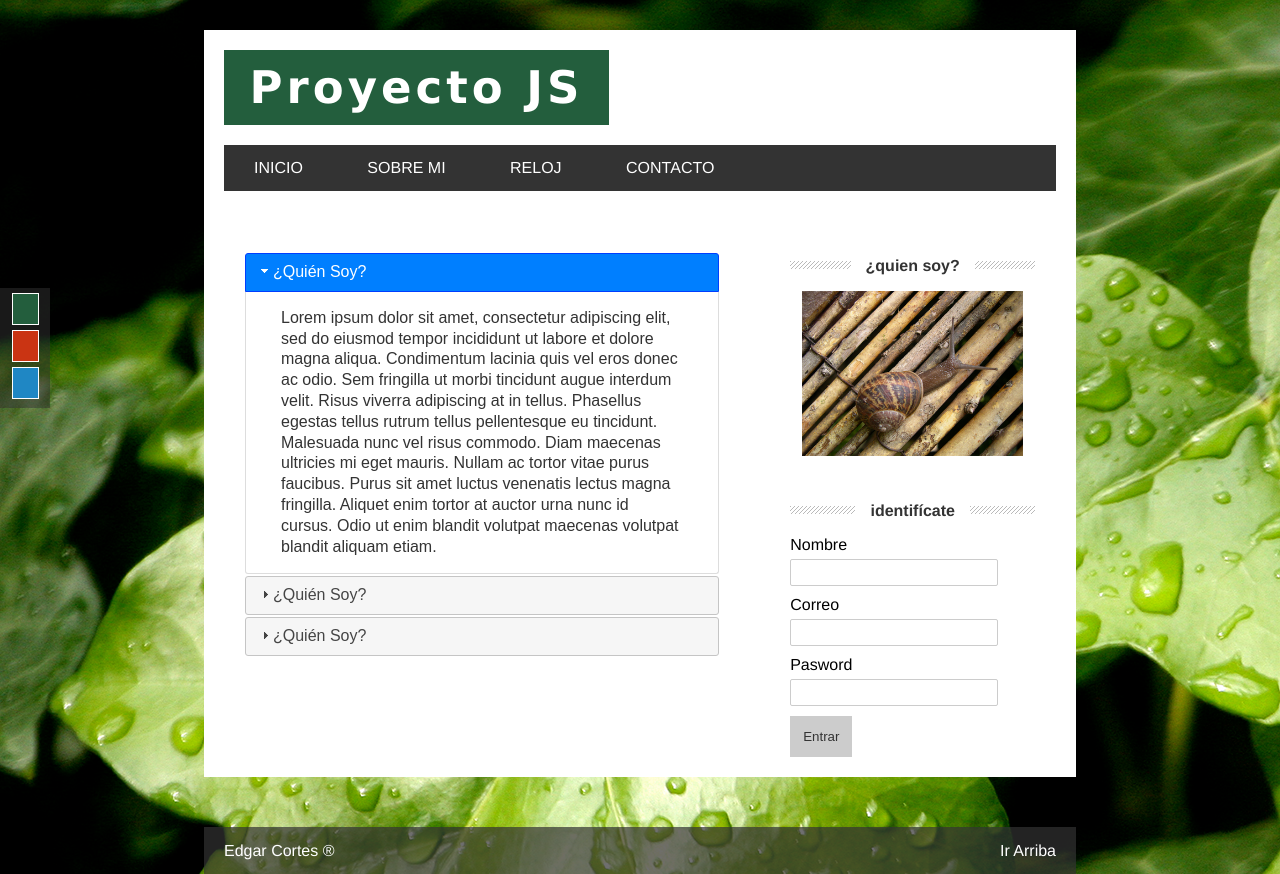
Repository: eucortes/demopage
Page: javascript/Proyecto/About.html
The author's editor kept a copy of each file at every save. The page is drawn from the files as they stood at one save, then again after the next save.
The browser window is 1280 px wide. The pictures show the whole page.
Backgrounds fixed to the window are drawn as part of the page. Some web libraries are served in a nearby version.

Above is the page before, as saved 2019-09-24 18:38:48.

After the next save:
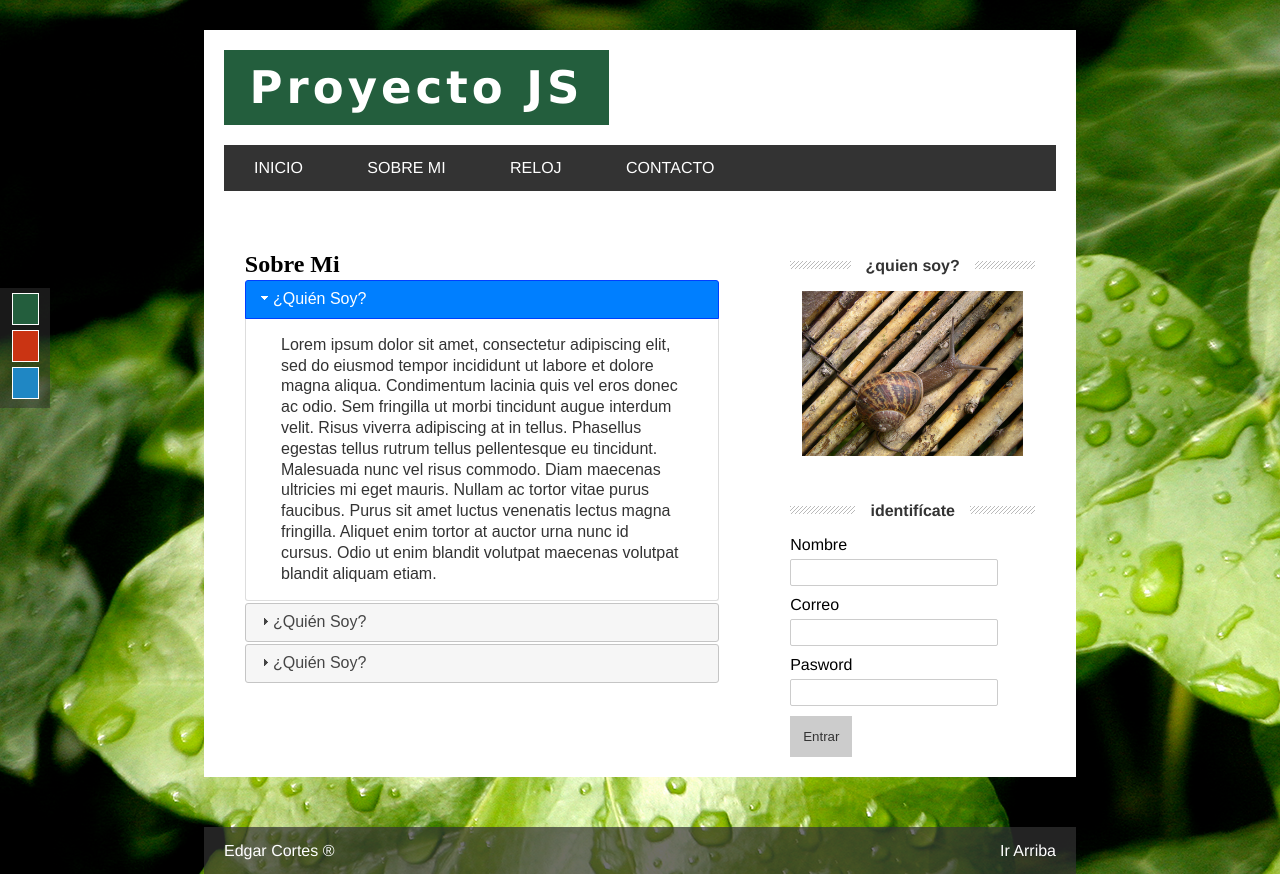
Saved 44 s later.
--- a/javascript/Proyecto/About.html
+++ b/javascript/Proyecto/About.html
@@ -60,6 +60,7 @@
         <section id='content'>
             <div id='box'>
                 <!--Cargar acordeon-->
+                <h2>Sobre Mi</h2>
                 <div id='acordeon'>
                     <h3>¿Quién Soy?</h3>
                     <div>
